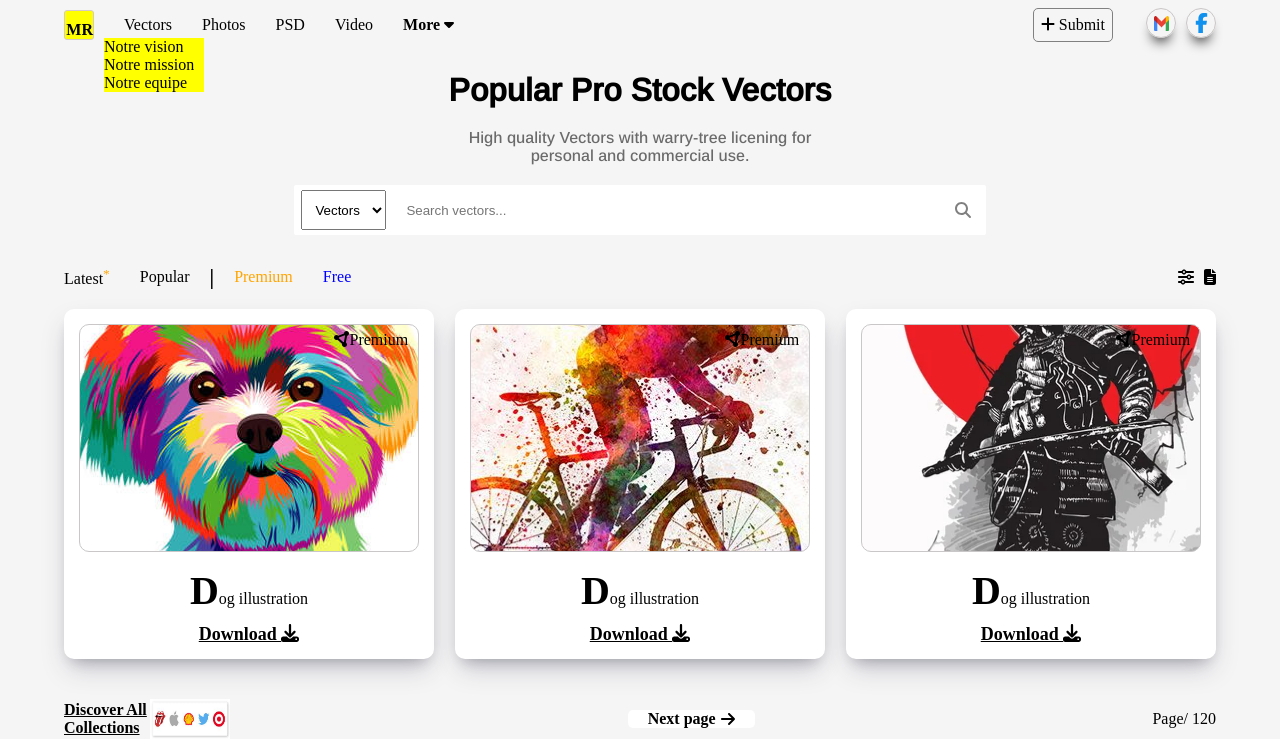
Repository: kegbaDev/VectorTemplate
Page: /
An editor plug-in stored every save of this project. The page is shown before and after a run of saves, followed by the edit.
The browser window is 1280 px wide. The pictures show the whole page.
The project was rebuilt for these pictures with package versions that can differ from the ones it lists, and the page was loaded fresh each time. Also part of the build but not shown: vite.config.js.

Above is the page before, as saved 2023-04-14 01:56:39.

After the next 2 saves:
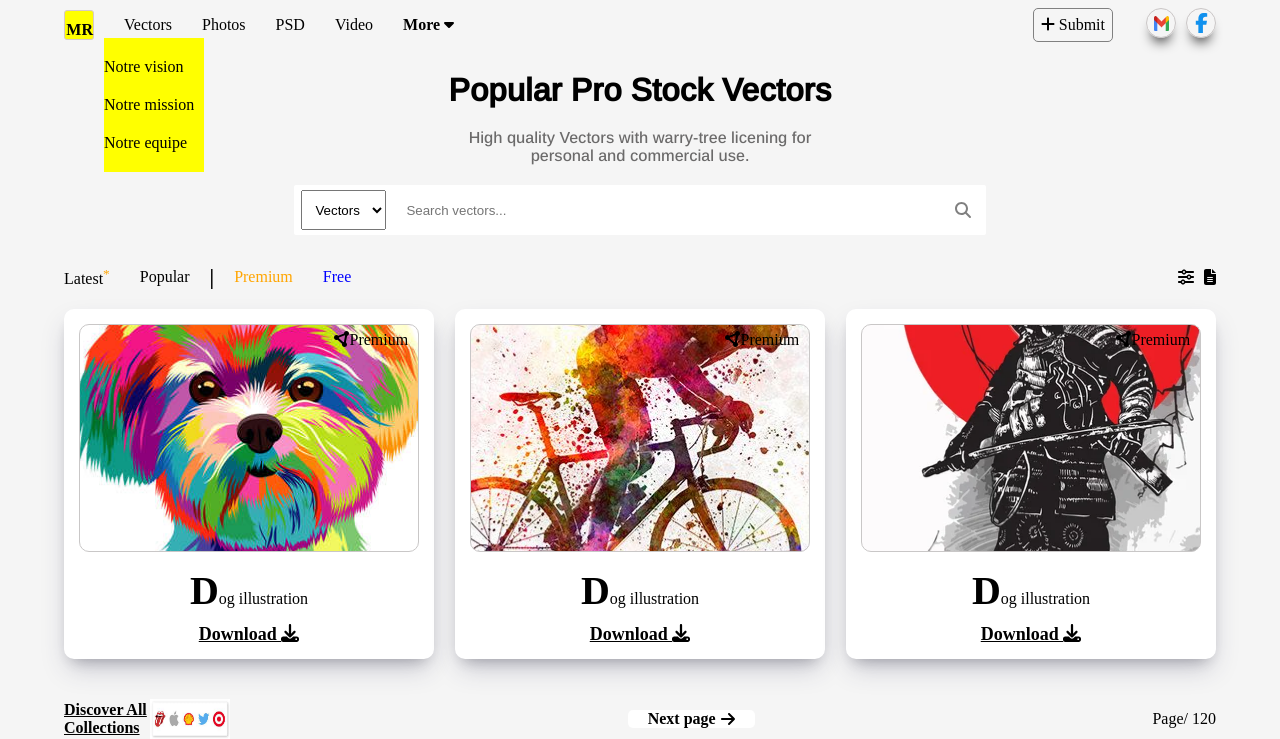
The 2 saves are shown as one change because they came seconds apart.
The last was saved 6 s later.
--- a/src/App.vue
+++ b/src/App.vue
@@ -247,7 +247,7 @@ ul li{
   top: 30px;
 }
 .sous_menu .liens .lien{
-  margin: ;
+  margin: 20px 0;
 }
 
 
